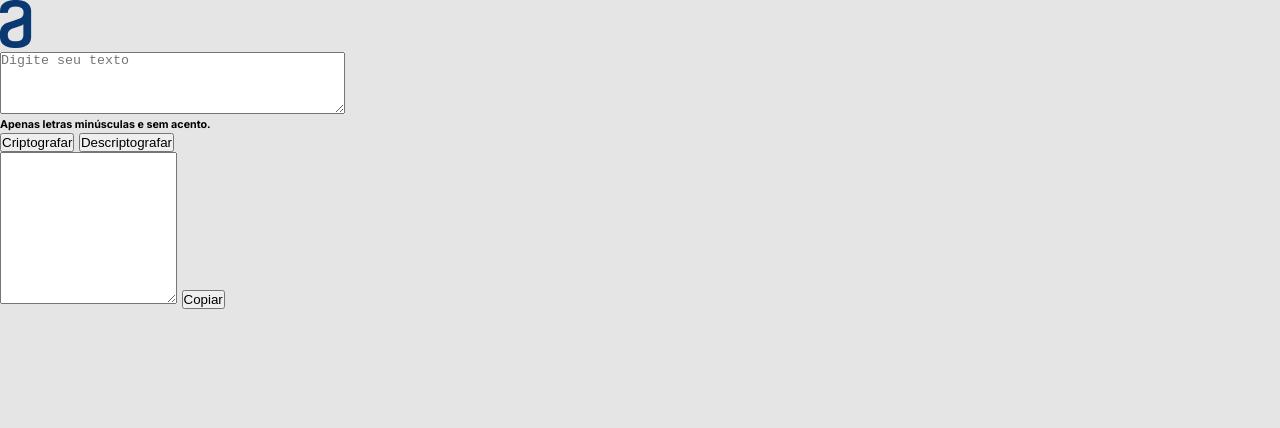
Repository: guilhermecardoso93/decodificador-texto
Page: index.html
An editor plug-in stored every save of this project. The page is shown before and after the next save, followed by the edit.
The browser window is 1280 px wide. The pictures show the whole page.

Above is the page before, as saved 2024-02-28 19:10:05.

### index.html
<!DOCTYPE html>
<html lang="pt-BR">
  <head>
    <meta charset="UTF-8" />
    <meta name="viewport" content="width=device-width, initial-scale=1.0" />
    <link rel="preconnect" href="https://fonts.googleapis.com" />
    <link rel="preconnect" href="https://fonts.gstatic.com" crossorigin />
    <link
      href="https://fonts.googleapis.com/css2?family=Inter:wght@400;500;600;700&display=swap"
      rel="stylesheet"
    />
    <link rel="stylesheet" href="style.css" />
    <title>Desafio - Encriptador</title>
  </head>
  <body>
    <header>
      <img src="./assets/logo.png" alt="Logo Alura" class="'logo-alura" />
    </header>

    <main>
      <section>
        <textarea
          class="text-area"
          cols="41"
          rows="4"
          placeholder="Digite seu texto"
        ></textarea>
        <div class="informaçao">
          <h6>Apenas letras minúsculas e sem acento.</h6>
        </div>
        <div class="botoes">
          <button class="btn-encriptor">Criptografar</button>
          <button class="btn-descriptor">Descriptografar</button>
        </div>
      </section>

      <section>
        <textarea class="mensagem" cols="20" rows="10"></textarea>
        <button class="btn-copiar">Copiar</button>
      </section>
    </main>
  </body>
</html>

### style.css
* {
  margin: 0;
  padding: 0;
  box-sizing: border-box;
}

body {
  background-color: #E5e5e5;
  font-family: "Inter", sans-serif;
}

After the next save:
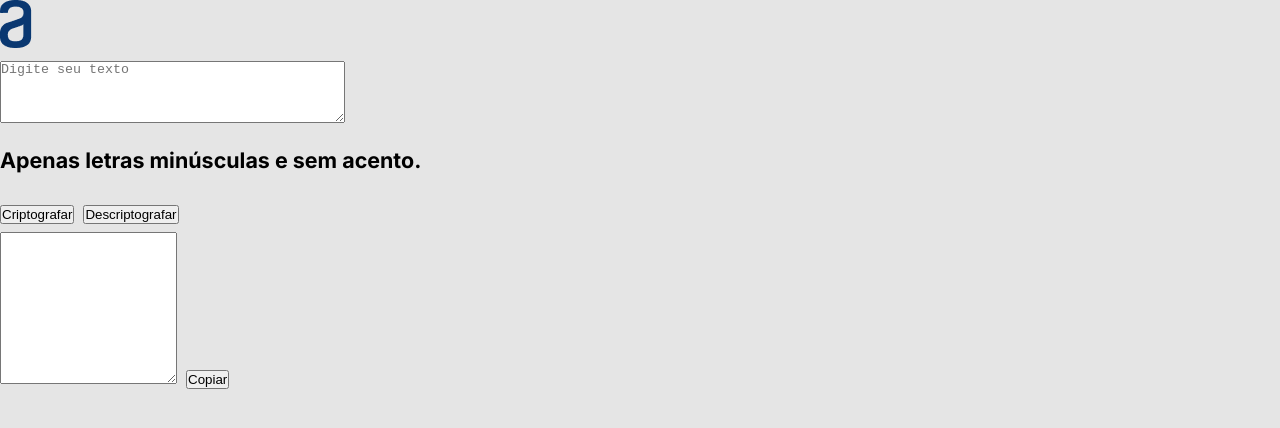
Saved 33 s later.
--- a/style.css
+++ b/style.css
@@ -7,4 +7,7 @@
 body {
   background-color: #E5e5e5;
   font-family: "Inter", sans-serif;
+  font-weight: 400;
+  font-size: 32px;
+  line-height: 150%;
 }
